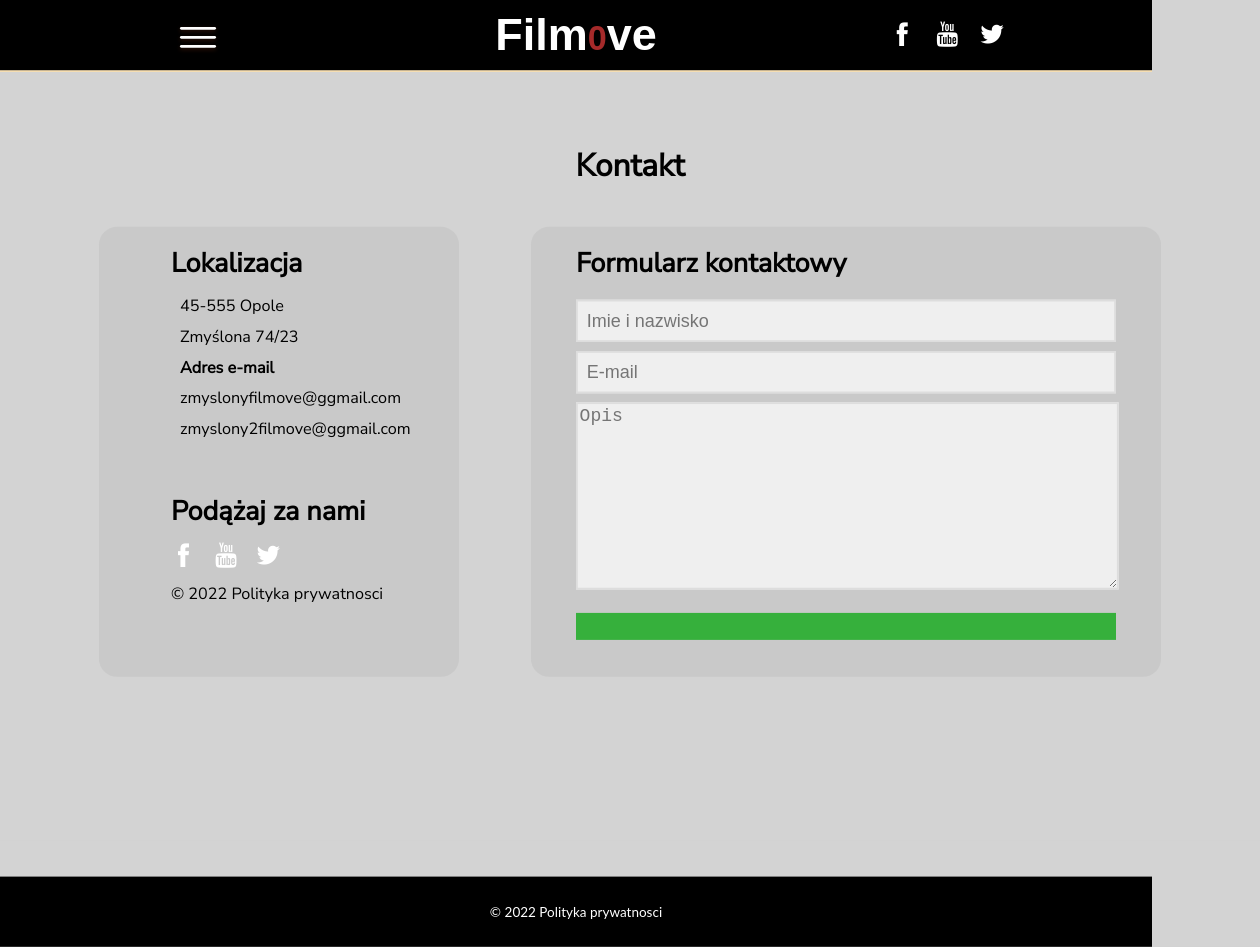
Repository: PrzemyslawJura/MovieWebsite
Page: Kontakt.html
An editor plug-in stored every save of this project. The page is shown before and after the next save, followed by the edit.
The browser window is 1280 px wide. The page is 1400 px wide, so the pictures cover 1400 px, including what lies to the right of the window. The pictures show the whole page, at 90% of full size.
Some web fonts or font styles are not loaded; a fallback is used.

Above is the page before, as saved 2022-04-12 14:51:03.

### Kontakt.html
<!DOCTYPE html>
<html lang="pl">
    <head>
        <meta charset="utf-8">
        <title>FilmoVe - bo kochamy kino!</title>
        <meta name="description" content="Description"/>
        <meta name="keywords" content="Keywords"/>
        <meta http-equiv="X-UA-Compatible" content="IE=edge" />

        <!--Links-->
        <link href="style.css" rel="stylesheet" type="text/css">
        <link href="fontello/css/fontello.css" rel="stylesheet" type="text/css">
        <!--------->

        <!--Favicon-->
        <link rel="apple-touch-icon" sizes="60x60" href="favicon/apple-touch-icon.png">
        <link rel="icon" type="image/png" sizes="32x32" href="favicon/favicon-32x32.png">
        <link rel="icon" type="image/png" sizes="16x16" href="favicon/favicon-16x16.png">
        <link rel="manifest" href="favicon/site.webmanifest">
        <link rel="mask-icon" href="favicon/safari-pinned-tab.svg" color="#5bbad5">
        <meta name="msapplication-TileColor" content="#da532c">
        <meta name="theme-color" content="#ffffff">
        <!----------->

        <!--Google fonts-->
        <link rel="preconnect" href="https://fonts.googleapis.com">
        <link rel="preconnect" href="https://fonts.gstatic.com" crossorigin>
        <link href="https://fonts.googleapis.com/css2?family=Wire+One&display=swap" rel="stylesheet">
        <link rel="preconnect" href="https://fonts.googleapis.com">
        <link rel="preconnect" href="https://fonts.gstatic.com" crossorigin>
        <link href="https://fonts.googleapis.com/css2?family=Nunito+Sans:ital,wght@0,300;0,400;1,700&display=swap" rel="stylesheet">
        <!---------------->

    </head>

    <body>

        <header id="logo-header">
            <div id="bar">

                    <div id="left_bar">
                        <div class="menu-btn" onclick="openNav()">
                            <div class="menu-btn_burger" ></div>
                        </div>
                    </div>


                    <div id="mid_bar">
                        <h1><a href="#">Film<span style="color: brown; font-size: 38px;">0</span>ve</a></h1>
                    </div>

                <nav id="right_bar">
                    <div id="right_bar">
                        <a href="https://www.facebook.com/" target="blank"><i class="demo-icon icon-facebook"></i></a>
                        <a href="https://www.youtube.com/" target="blank"><i class="demo-icon icon-youtube"></i></a>
                        <a href="https://twitter.com/?lang=en" target="blank"><i class="demo-icon icon-twitter"></i></a>
                    </div>
                </nav>

            </div>
        </header>

        <nav>
            <div id="mySidenav" class="sidenav">
                <!-- <i class="demo-icon icon-camera"></i> -->
                <h1 id="sidenav1">Film<span style="color: brown; font-size: 45px;">0</span>ve</h1>
                <h2 id="sidenav2" style="margin-bottom: 50px;">Bo kochamy kino!</h2>

                <div class="option" id="sidenav3">
                    <a href="index.html">Strona główna</a>

                </div>
                <div class="option" id="sidenav4">
                    <a href="newsy.html">Newsy</a>

                </div>
                <div class="option" id="sidenav5">
                    <a href="ranking.html">Ranking</a>

                </div>
                <div class="option" id="sidenav6">
                    <a href="#">Sklep</a>

                </div>
                <div class="option" id="sidenav7">
                    <a href="Kontakt.html">Kontakt</a>

                </div>
            </div>
        </nav>


        <main >
            <div id="container">
                <article>
                <div id="min_art">
                    <section>
                    <h3 id="nag_art">Kontakt</h3>
                    <div id="siatka_kon">
                        <div id="kon1">
                            <h3>Lokalizacja</h3>
                            <h4>45-555 Opole</h4>
                            <h4>Zmyślona 74/23</h4>
                            <h4><b>Adres e-mail</b></h4>
                            <h4>zmyslonyfilmove@ggmail.com</h4>
                            <h4>zmyslony2filmove@ggmail.com</h4>
                            <h3 style="margin-top: 60px; margin-bottom: 0px;">Podążaj za nami</h3>
                            <a href="https://www.facebook.com/" target="blank"><i class="demo-icon icon-facebook"></i></a>
                            <a href="https://www.youtube.com/" target="blank"><i class="demo-icon icon-youtube"></i></a>
                            <a href="https://twitter.com/?lang=en" target="blank"><i class="demo-icon icon-twitter"></i></a>
                            <h4 style="padding-left: 0;">&copy; 2022 Polityka prywatnosci</h4>
                        </div>
                        <div id="kon2">
                            <h3>Formularz kontaktowy</h3>
                            <form action="">
                                <input type="text" type="text" id="name" name="name" size="50" maxlength="30"  placeholder="Imie i nazwisko"/>
                                <span class="komunikat"></span>
                                <input type="text" type="email" id="email" name="email" size="50" maxlength="30" placeholder="E-mail"/>
                                <span class="komunikat"></span>
                                <textarea id="message" name="message" placeholder="Opis"></textarea>
                                <span class="komunikat"></span>
                                <div id="submit">
                                    <button type="submit"  value="Wyślij">
                                </div>

                            </form>
                        </div>
                    </div>

                    <p></p>
                    </section>

                </div>
                </article>
            </div>
        </main>

        <footer >
            &copy; 2022 Polityka prywatnosci
        </footer>


        <!--JavaScript-->
        <script src="main.js"></script>
        <!-------------->
        <script src="jquerymin.js"></script>
        <script>
            $(document).ready(function() {

                //Walidacja nazwy
                $('#name').on('blur', function() {
                    var input = $(this);
                    var name_length = input.val().length;
                    if(name_length >= 5 && name_length <= 15){
                        input.removeClass("invalid").addClass("valid");
                        input.next('.komunikat').text("Wprowadzono poprawną nazwę.").removeClass("blad").addClass("ok");
                    }
                    else{
                        input.removeClass("valid").addClass("invalid");
                        input.next('.komunikat').text("Nazwa musi mieć więcej niż 4 i mniej niż 16 znaków!").removeClass("ok").addClass("blad");

                    }
                });

                //Walidacja email
                $('#email').on('blur', function() {
                    var input = $(this);
                    var pattern = /^([\w-]+(?:\.[\w-]+)*)@((?:[\w-]+\.)*\w[\w-]{0,66})\.([a-z]{2,6}(?:\.[a-z]{2})?)$/i;
                    var is_email = pattern.test(input.val());
                    if(is_email){
                        input.removeClass("invalid").addClass("valid");
                        input.next('.komunikat').text("Wprowadzono poprawny email.").removeClass("blad").addClass("ok");
                    }
                    else{
                        input.removeClass("valid").addClass("invalid");
                        input.next('.komunikat').text("Wprowadź poprawny email!").removeClass("ok").addClass("blad");
                    }
                });

                //Walidacja wiadomości
                $('#message').on('blur', function() {
                    var input = $(this);
                    var message = $(this).val();
                    if(message){
                        input.removeClass("invalid").addClass("valid");
                        input.next('.komunikat').text("Wprowadzono poprawną wiadomość.").removeClass("blad").addClass("ok");
                    }
                    else{
                        input.removeClass("valid").addClass("invalid");
                        input.next('.komunikat').text("Wiadomość nie może być pusta!").removeClass("ok").addClass("blad");
                    }
                });

                //Po próbie wysłania formularza
                    $('#submit button').click(function(event){
                        var name = $('#name');
                        var email = $('#email');
                        var message = $('#message');

                        if(name.hasClass('valid') && email.hasClass('valid') && message.hasClass('valid')){
                            alert("Pomyślnie wysłano formularz.");
                        }
                        else {
                            event.preventDefault();
                            alert("Uzupełnij wszystkie pola!");
                        }
                    });
            });
            </script>


    </body>

</html>

### fontello/css/fontello.css
@font-face {
  font-family: 'fontello';
  src: url('../font/fontello.eot?97168612');
  src: url('../font/fontello.eot?97168612#iefix') format('embedded-opentype'),
       url('../font/fontello.woff2?97168612') format('woff2'),
       url('../font/fontello.woff?97168612') format('woff'),
       url('../font/fontello.ttf?97168612') format('truetype'),
       url('../font/fontello.svg?97168612#fontello') format('svg');
  font-weight: normal;
  font-style: normal;
}
/* Chrome hack: SVG is rendered more smooth in Windozze. 100% magic, uncomment if you need it. */
/* Note, that will break hinting! In other OS-es font will be not as sharp as it could be */
/*
@media screen and (-webkit-min-device-pixel-ratio:0) {
  @font-face {
    font-family: 'fontello';
    src: url('../font/fontello.svg?97168612#fontello') format('svg');
  }
}
*/
[class^="icon-"]:before, [class*=" icon-"]:before {
  font-family: "fontello";
  font-style: normal;
  font-weight: normal;
  speak: never;

  display: inline-block;
  text-decoration: inherit;
  width: 1em;
  margin-right: .2em;
  text-align: center;
  /* opacity: .8; */

  /* For safety - reset parent styles, that can break glyph codes*/
  font-variant: normal;
  text-transform: none;

  /* fix buttons height, for twitter bootstrap */
  line-height: 1em;

  /* Animation center compensation - margins should be symmetric */
  /* remove if not needed */
  margin-left: .2em;

  /* you can be more comfortable with increased icons size */
  /* font-size: 120%; */

  /* Font smoothing. That was taken from TWBS */
  -webkit-font-smoothing: antialiased;
  -moz-osx-font-smoothing: grayscale;

  /* Uncomment for 3D effect */
  /* text-shadow: 1px 1px 1px rgba(127, 127, 127, 0.3); */
}

.icon-user:before { content: '\e800'; } /* '' */
.icon-camera:before { content: '\e801'; color: rgb(134, 97, 110); font-size: 80px; display: block; margin-left: auto; margin-right: auto;} /* '' */
.icon-camera-outline:before { content: '\e802'; color: white; font-size: 10px; } /* '' */
.icon-facebook-circled:before { content: '\f051'; } /* '' */
.icon-facebook:before { content: '\f052'; margin: 14px 15px 0 0; font-size: 28px; } /* '' */
.icon-menu:before { content: '\f0c9'; } /* '' */
.icon-youtube-squared:before { content: '\f166'; } /* '' */
.icon-youtube:before { content: '\f167'; margin: 14px 15px 0 0;font-size: 28px;} /* '' */
.icon-twitter:before { content: '\f309'; margin: 14px 15px 0 0;font-size: 28px;} /* '' */
.icon-twitter-circled:before { content: '\f30a'; } /* '' */
.icon-instagram:before { content: '\f31e'; } /* '' */
.icon-instagram-filled:before { content: '\f31f'; } /* '' */

Loaded but not shown: jquerymin.js (library); main.js (41 lines, source omitted); style.css (984 lines, source omitted)

After the next save:
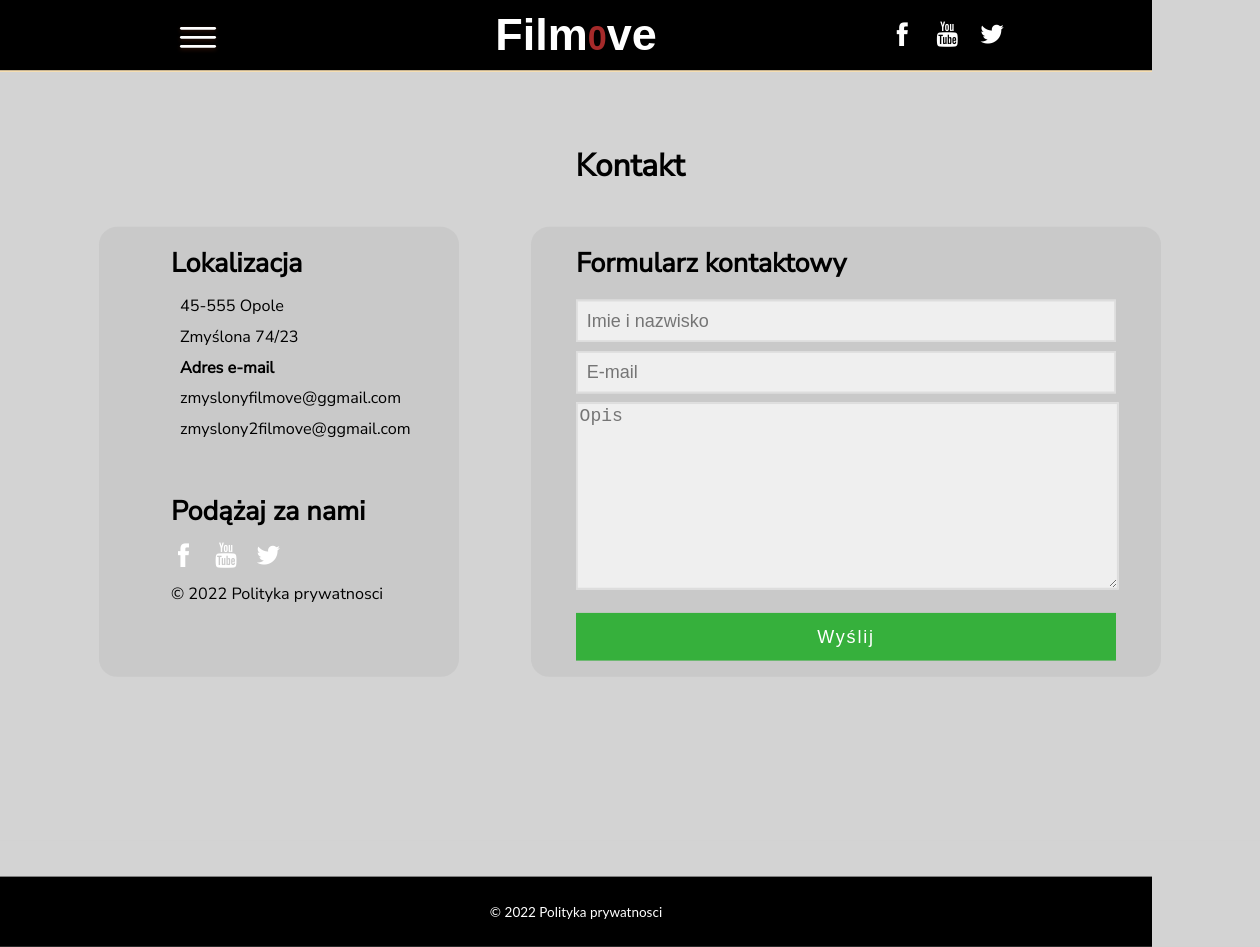
Saved 16 s later.
--- a/Kontakt.html
+++ b/Kontakt.html
@@ -120,7 +120,7 @@
                                 <textarea id="message" name="message" placeholder="Opis"></textarea>
                                 <span class="komunikat"></span>
                                 <div id="submit">
-                                    <button type="submit"  value="Wyślij">
+                                    <button type="submit" value="Wyślij">Wyślij</button>
                                 </div>
 
                             </form>
